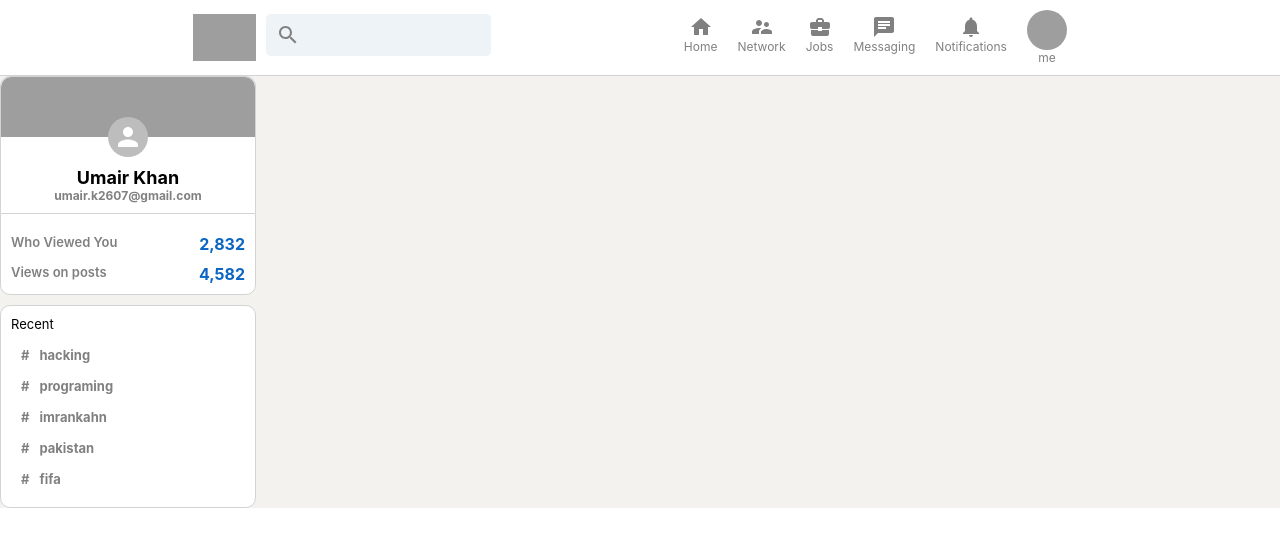
Repository: Tracy-maker/linkedin_clone
Page: /
These files come from the project's save history. The page is drawn as it stood at one moment and after the next save; the edit follows.
The browser window is 1280 px wide. The pictures show the whole page.
Pictures or frames that could not be fetched are drawn as grey boxes. The project was rebuilt for these pictures with package versions that can differ from the ones it lists, and the page was loaded fresh each time.

Above is the page before, as saved 2023-11-06 14:37:00.

### src/App.js
import React from "react";
import Header from "./components/Header/Header";
import Sidebar from "./components/Sidebar";
import styled from "styled-components";

const LinkedInContainer = styled.div`
  background-color: #f3f2ef;
`;

const LinkedInBody = styled.div`
  display: flex;
`;

function App() {
  return (
    <LinkedInContainer>
      <Header />
      <LinkedInBody>
        <Sidebar />
      </LinkedInBody>
    </LinkedInContainer>
  );
}

export default App;

### src/features/counter/counterSlice.js
import { createAsyncThunk, createSlice } from '@reduxjs/toolkit';
import { fetchCount } from './counterAPI';

const initialState = {
  value: 0,
  status: 'idle',
};

// The function below is called a thunk and allows us to perform async logic. It
// can be dispatched like a regular action: `dispatch(incrementAsync(10))`. This
// will call the thunk with the `dispatch` function as the first argument. Async
// code can then be executed and other actions can be dispatched. Thunks are
// typically used to make async requests.
export const incrementAsync = createAsyncThunk(
  'counter/fetchCount',
  async (amount) => {
    const response = await fetchCount(amount);
    // The value we return becomes the `fulfilled` action payload
    return response.data;
  }
);

export const counterSlice = createSlice({
  name: 'counter',
  initialState,
  // The `reducers` field lets us define reducers and generate associated actions
  reducers: {
    increment: (state) => {
      // Redux Toolkit allows us to write "mutating" logic in reducers. It
      // doesn't actually mutate the state because it uses the Immer library,
      // which detects changes to a "draft state" and produces a brand new
      // immutable state based off those changes
      state.value += 1;
    },
    decrement: (state) => {
      state.value -= 1;
    },
    // Use the PayloadAction type to declare the contents of `action.payload`
    incrementByAmount: (state, action) => {
      state.value += action.payload;
    },
  },
  // The `extraReducers` field lets the slice handle actions defined elsewhere,
  // including actions generated by createAsyncThunk or in other slices.
  extraReducers: (builder) => {
    builder
      .addCase(incrementAsync.pending, (state) => {
        state.status = 'loading';
      })
      .addCase(incrementAsync.fulfilled, (state, action) => {
        state.status = 'idle';
        state.value += action.payload;
      });
  },
});

export const { increment, decrement, incrementByAmount } = counterSlice.actions;

// The function below is called a selector and allows us to select a value from
// the state. Selectors can also be defined inline where they're used instead of
// in the slice file. For example: `useSelector((state: RootState) => state.counter.value)`
export const selectCount = (state) => state.counter.value;

// We can also write thunks by hand, which may contain both sync and async logic.
// Here's an example of conditionally dispatching actions based on current state.
export const incrementIfOdd = (amount) => (dispatch, getState) => {
  const currentValue = selectCount(getState());
  if (currentValue % 2 === 1) {
    dispatch(incrementByAmount(amount));
  }
};

export default counterSlice.reducer;

### src/components/Header/Header.jsx
import React from "react";
import Search from "@mui/icons-material/Search";
import HeaderOption from "../HeaderOption/HeaderOption.jsx";
import HomeIcon from "@mui/icons-material/Home";
import SupervisorAccountIcon from "@mui/icons-material/SupervisorAccount";
import BusinessCenterIcon from "@mui/icons-material/BusinessCenter";
import ChatIcon from "@mui/icons-material/Chat";
import NotificationsIcon from "@mui/icons-material/Notifications";
import styled from "styled-components";

const HeaderContainer = styled.div`
  position: sticky;
  top: 0;
  z-index: 999;
  display: flex;
  align-items: center;
  justify-content: space-evenly;
  border-bottom: 0.1px solid lightgray;
  padding-top: 10px;
  padding-bottom: 10px;
  width: 100%;
  background-color: white;
`;

const LeftContainer = styled.div`
  display: flex;
`;

const LogoImage = styled.img`
  height: 47px;
  margin-right: 10px;
  object-fit: contain;
`;

const SearchContainer = styled.div`
  display: flex;
  align-items: center;
  padding: 10px;
  border-radius: 5px;
  height: 22px;
  color: gray;
  background-color: #eef3f8;
`;

const SearchInput = styled.input`
  outline: none;
  border: none;
  background: none;
`;

const RightContainer = styled.div`
  display: flex;
`;

function Header() {
  return (
    <HeaderContainer>
      <LeftContainer>
        <LogoImage
          src="https://i.ibb.co/qBQbcDx/Screenshot-2023-11-06-at-11-59-00-am.png"
          alt="logo image"
        />
        <SearchContainer>
          <Search />
          <SearchInput />
        </SearchContainer>
      </LeftContainer>
      <RightContainer>
        <HeaderOption Icon={HomeIcon} title="Home" />
        <HeaderOption Icon={SupervisorAccountIcon} title="Network" />
        <HeaderOption Icon={BusinessCenterIcon} title="Jobs" />
        <HeaderOption Icon={ChatIcon} title="Messaging" />
        <HeaderOption Icon={NotificationsIcon} title="Notifications" />
        <HeaderOption
          avatar="https://i.ibb.co/MRHHtS5/Wechat-IMG7.jpg"
          title="me"
          size='300'
        />
      </RightContainer>
    </HeaderContainer>
  );
}

export default Header;

### src/components/HeaderOption/HeaderOption.jsx
import styled from "styled-components";
import { Avatar } from "@material-ui/core";

const HeaderOptionContainer = styled.div`
  display: flex;
  flex-direction: column;
  align-items: center;
  margin-right: 20px;
  color: gray;
  cursor: pointer;

  &:hover {
    color: black;
  }
`;

const HeaderOptionTitle = styled.h3`
  font-size: 12px;
  font-weight: 400;
`;

const HeaderOptionIcon = styled.img`
  margin-top: 5px;
  object-fit: contain;
  height: 25px;
  width: 25px;
`;

const HeaderOption = ({ avatar, Icon, title }) => {
  return (
    <HeaderOptionContainer>
      {Icon && <HeaderOptionIcon as={Icon} />}
      {avatar && <Avatar src={avatar} />}
      <HeaderOptionTitle>{title}</HeaderOptionTitle>
    </HeaderOptionContainer>
  );
};

export default HeaderOption;

### src/components/Sidebar/Sidebar.jsx
import styled from 'styled-components';
import { Avatar } from '@mui/material';

const SidebarContainer = styled.div`
  position: sticky;
  top: 80px;
  flex: 0.2;
  border-radius: 10px;
  text-align: center;
  height: fit-content;
`;

const SidebarTop = styled.div`
  display: flex;
  flex-direction: column;
  align-items: center;
  border: 1px solid lightgray;
  border-bottom: 0;
  border-top-left-radius: 10px;
  border-top-right-radius: 10px;
  background-color: white;
  padding-bottom: 10px;
`;

const TopImage = styled.img`
  margin-bottom: -20px;
  width: 100%;
  height: 60px;
  object-fit: cover;
  border-top-left-radius: 10px;
  border-top-right-radius: 10px;
`;

const TopHeading = styled.h2`
  font-size: 18px;
`;

const TopSubHeading = styled.h4`
  color: gray;
  font-size: 12px;
`;

const SidebarAvatar = styled(Avatar)`
  margin-bottom: 10px;
`;

const SidebarStats = styled.div`
  padding: 10px;
  margin-bottom: 10px;
  border: 1px solid lightgray;
  background-color: white;
  border-bottom-left-radius: 10px;
  border-bottom-right-radius: 10px;
`;

const StatContainer = styled.div`
  margin-top: 10px;
  display: flex;
  justify-content: space-between;
`;

const StatText = styled.p`
  color: gray;
  font-size: 13px;
  font-weight: 600;
`;

const StatNumber = styled.p`
  font-weight: bold;
  color: #0a66c2 !important;
`;

const SidebarBottom = styled.div`
  text-align: left;
  padding: 10px;
  border: 1px solid lightgray;
  background-color: white;
  border-radius: 10px;
  margin-top: 10px;
`;

const BottomText = styled.p`
  font-size: 13px;
  padding-bottom: 10px;
`;

const RecentItem = styled.div`
  display: flex;
  font-size: 13px;
  color: gray;
  font-weight: bold;
  cursor: pointer;
  margin-bottom: 5px;
  padding: 5px;

  &:hover {
    background-color: whitesmoke;
    border-radius: 10px;
    cursor: pointer;
    color: black;
  }
`;

const HashSymbol = styled.span`
  margin-right: 10px;
  margin-left: 5px;
`;

const Sidebar = () => {
  const recentItem = (topic) => (
    <RecentItem>
      <HashSymbol>#</HashSymbol>
      <p>{topic}</p>
    </RecentItem>
  );

  return (
    <SidebarContainer>
      <SidebarTop>
        <TopImage
          src="https://i.ibb.co/MRHHtS5/Wechat-IMG7.jpg"
          alt="logo-image"
        />
        <SidebarAvatar />
        <TopHeading>Umair Khan</TopHeading>
        <TopSubHeading>umair.k2607@gmail.com</TopSubHeading>
      </SidebarTop>
      <SidebarStats>
        <StatContainer>
          <StatText>Who Viewed You</StatText>
          <StatNumber>2,832</StatNumber>
        </StatContainer>
        <StatContainer>
          <StatText>Views on posts</StatText>
          <StatNumber>4,582</StatNumber>
        </StatContainer>
      </SidebarStats>
      <SidebarBottom>
        <BottomText>Recent</BottomText>
        {recentItem("hacking")}
        {recentItem("programing")}
        {recentItem("imrankahn")}
        {recentItem("pakistan")}
        {recentItem("fifa")}
      </SidebarBottom>
    </SidebarContainer>
  );
};

export default Sidebar;

Loaded but not shown: public/index.html (common file); src/index.js (common file); src/app/store.js (common file); src/index.css (common file); src/components/Sidebar/index.jsx (common file); src/features/counter/counterAPI.js (common file)

After the next save:
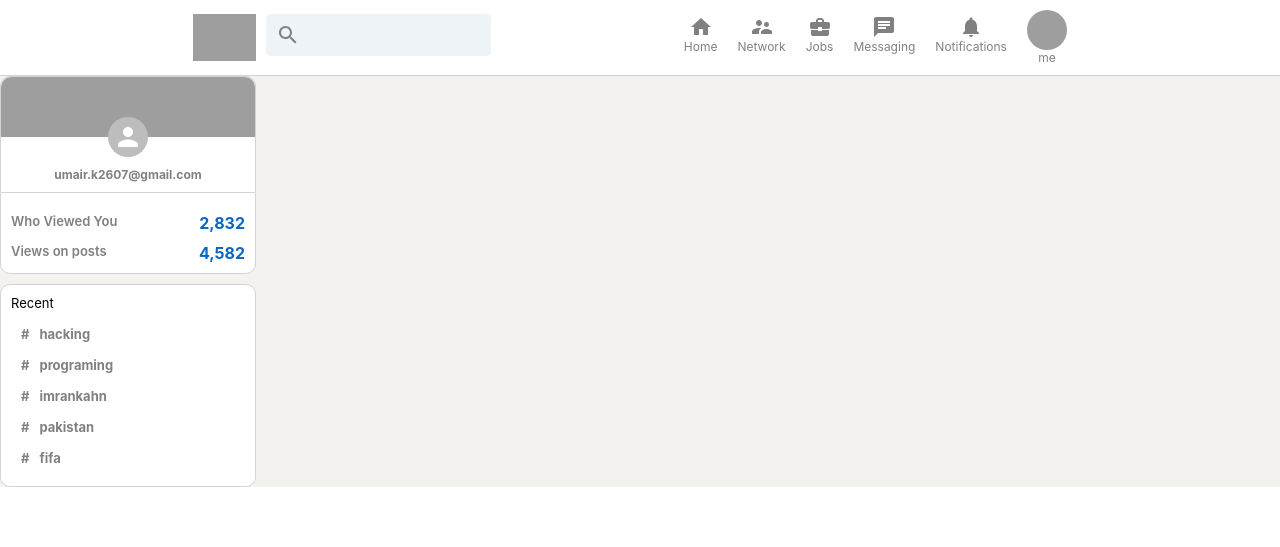
Saved 59 s later.
--- a/src/components/Sidebar/Sidebar.jsx
+++ b/src/components/Sidebar/Sidebar.jsx
@@ -122,7 +122,7 @@
           alt="logo-image"
         />
         <SidebarAvatar />
-        <TopHeading>Umair Khan</TopHeading>
+        <TopHeading></TopHeading>
         <TopSubHeading>umair.k2607@gmail.com</TopSubHeading>
       </SidebarTop>
       <SidebarStats>
